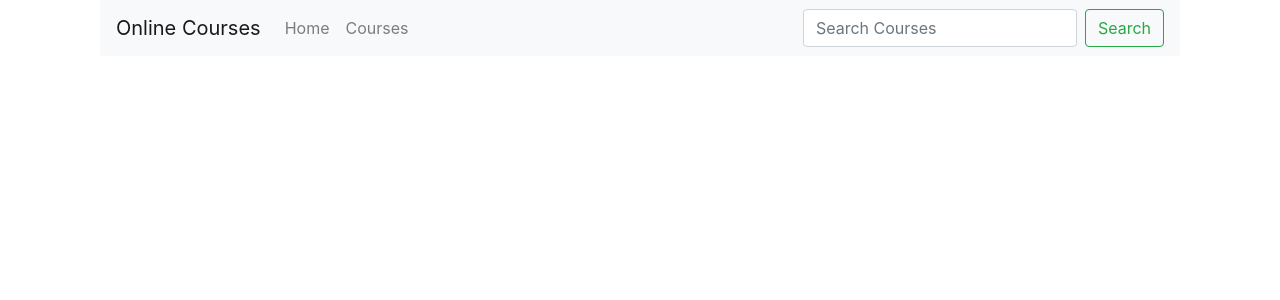
Repository: ranamahmud/online-class-react
Page: /
The author's editor kept a copy of each file at every save. The page is drawn from the files as they stood at one save, then again after a run of saves.
The browser window is 1280 px wide. The pictures show the whole page.
The project was rebuilt for these pictures with package versions that can differ from the ones it lists, and the page was loaded fresh each time. Also part of the build but not shown: src/App.css.

Above is the page before, as saved 2020-08-27 19:55:40.

### src/App.js
import React from 'react';
import './App.css';
import 'bootstrap/dist/css/bootstrap.min.css';
import { Navbar,Nav,Form,FormControl,Button,Container } from 'react-bootstrap';

function App() {
  return (
    <Container>
      <Container>
      <Navbar bg="light" expand="lg">
  <Navbar.Brand href="#home">Online Courses</Navbar.Brand>
  <Navbar.Toggle aria-controls="basic-navbar-nav" />
  <Navbar.Collapse id="basic-navbar-nav">
    <Nav className="mr-auto">
      <Nav.Link href="#home">Home</Nav.Link>
      <Nav.Link href="#link">Courses</Nav.Link>
    </Nav>
    <Form inline>
      <FormControl type="text" placeholder="Search Courses" className="mr-sm-2" />
      <Button variant="outline-success">Search</Button>
    </Form>
  </Navbar.Collapse>
</Navbar>
      </Container>
      <Container>


      </Container>
    </Container>
  );
}

export default App;

Loaded but not shown: public/index.html (common file); src/index.js (common file); src/index.css (common file); src/serviceWorker.js (common file)

After the next 3 saves:
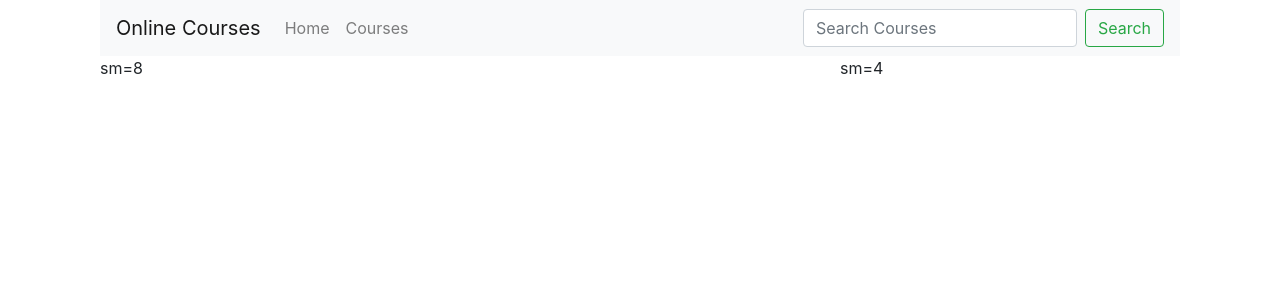
The 3 saves are shown as one change because 2 did not build or start.
The last was saved 2 min 38 s later.
--- a/src/App.js
+++ b/src/App.js
@@ -1,7 +1,7 @@
 import React from 'react';
 import './App.css';
 import 'bootstrap/dist/css/bootstrap.min.css';
-import { Navbar,Nav,Form,FormControl,Button,Container } from 'react-bootstrap';
+import { Navbar,Nav,Form,FormControl,Button,Container,Row,Col } from 'react-bootstrap';
 
 function App() {
   return (
@@ -23,8 +23,10 @@ function App() {
 </Navbar>
       </Container>
       <Container>
-
-
+  <Row>
+    <Col sm={8}>sm=8</Col>
+    <Col sm={4}>sm=4</Col>
+  </Row>
       </Container>
     </Container>
   );
